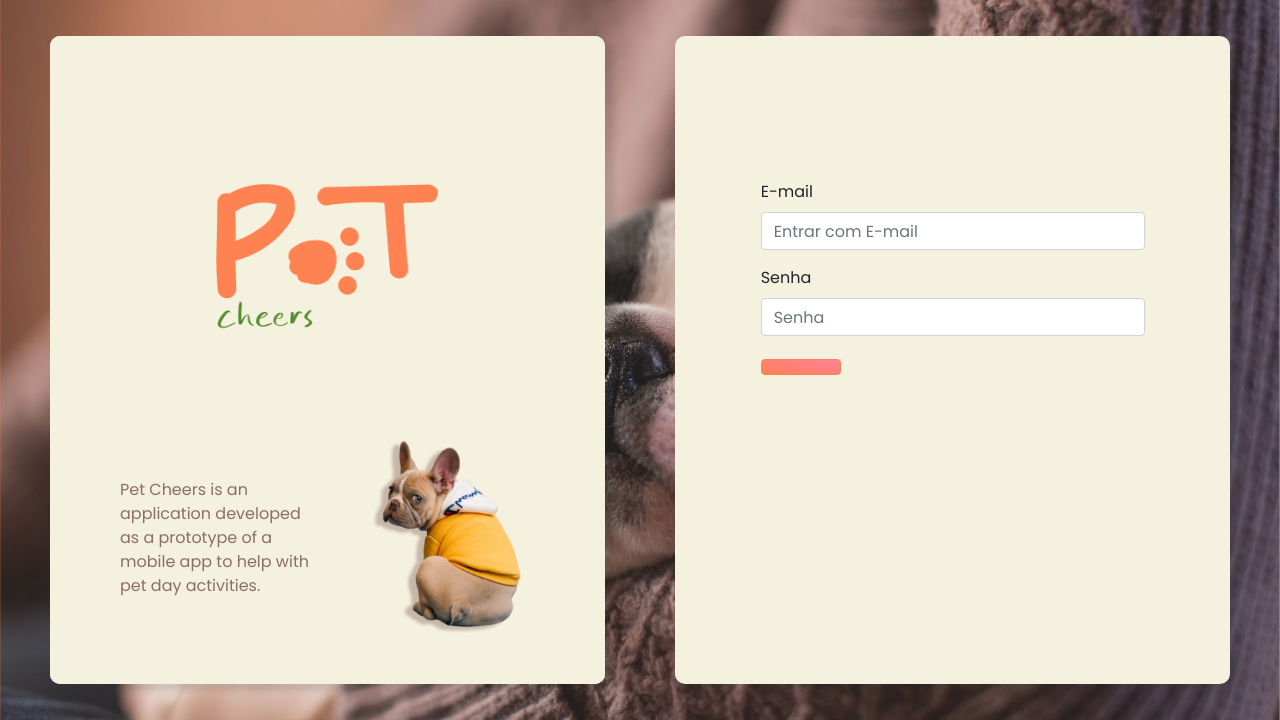
Repository: MilenaMelo/WebSite-PetCheers
Page: /
These files come from the project's save history. The page is drawn as it stood at one moment and after the next save; the edit follows.
The browser window is 1280 px wide. The pictures show the whole page.
The project was rebuilt for these pictures with package versions that can differ from the ones it lists, and the page was loaded fresh each time. Also part of the build but not shown: src/components/layout/LayoutLogout.vue, src/components/layout/LayoutDatas.vue, src/components/layout/LayoutNewData.vue. Imported but missing from the stored project, and not drawn on this page: src/pages/data/Data.vue.

Above is the page before, as saved 2020-09-08 15:37:20.
Console error: TypeError: Cannot read properties of null (reading 'style')

After the next save:
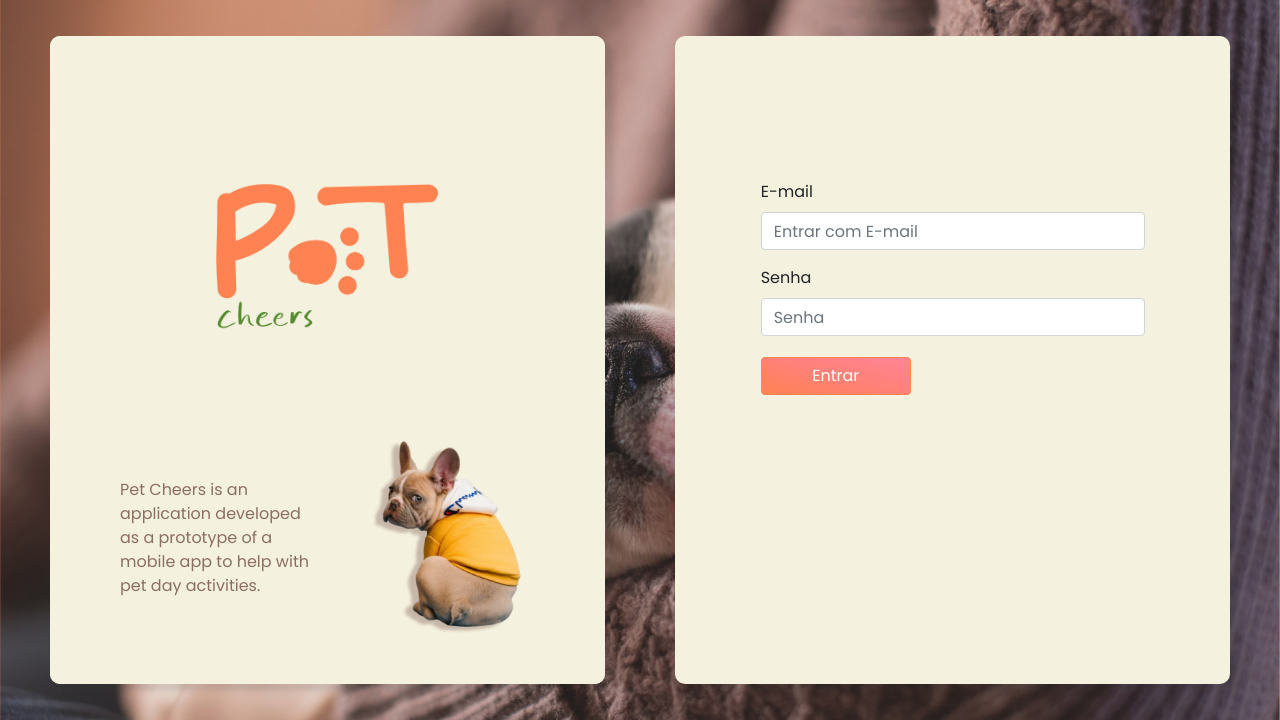
Saved 10 s later.
--- a/src/assets/scss/app.scss
+++ b/src/assets/scss/app.scss
@@ -8,12 +8,11 @@
 }
 
 .btn-primary {
-  width: 80px;
+  width: 150px;
   margin-top: 5px;
   background-image: linear-gradient(to right top, #ff8352, #ff8165, #ff8177, #ff8287, #ff8597);
   border-color: $orange;
   background-color: $orange;
-  font-size: 1px;
   &:hover {
     background-color: $orange;
   }
